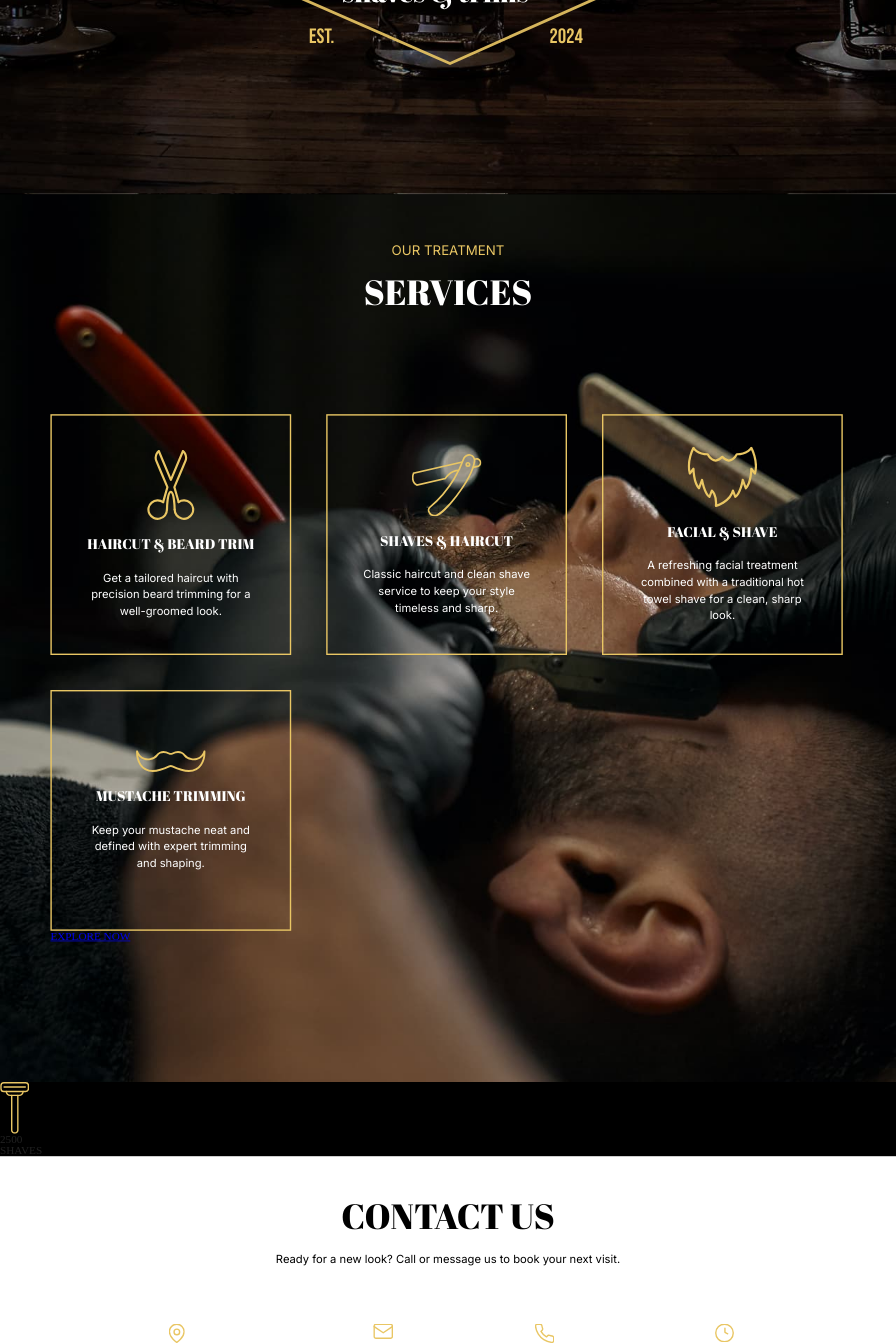
Repository: BogdanLazebnika/barbershop
Page: http://localhost/
The author's editor kept a copy of each file at every save. The page is drawn from the files as they stood at one save, then again after a run of saves.
The browser window is 1280 px wide. The pictures show the part of the page from y = 674 to 2594 px (the page is 2916 px tall), at 70% of full size.
The page is run by PHP 8.4 with error messages shown; the project is at /var/www/html/.

Above is the page before, as saved 2025-07-16 23:32:48.

### index.php
<!DOCTYPE html>
<html lang="en">
<head>
    <meta charset="UTF-8">
    <meta name="viewport" content="width=device-width, initial-scale=1.0">
    <title>Homepage Barbershop</title>

    <link rel="stylesheet" href="assets/css/reset.css">
    <link rel="stylesheet" href="assets/css/style.css">
    <link rel="stylesheet" href="assets/css/index.css">


    <link rel="preconnect" href="https://fonts.googleapis.com">
    <link rel="preconnect" href="https://fonts.gstatic.com" crossorigin>
    <link href="https://fonts.googleapis.com/css2?family=Abril+Fatface&display=swap" rel="stylesheet">

</head>
<body>

    <!-- Header -->
    <?php include 'components/header.php'; ?>

    <main>
        <!-- Hero -->
        <section class="hero" role="banner" aria-label="Barbershop hero section">
            <div class="content-hero-wrapper">
                <img src="./assets/images/logo/logo1.svg" alt="Barbershop Logo" class="content-hero-logo">
                <h1 class="content-hero-title">BARBERSHOP</h1>
            </div>
        </section>

        <!-- Services -->
        <section class="services" role="region" aria-label="Barbershop services">
            <h3 class="services-subtitle">OUR TREATMENT</h3>
            <h2 class="services-title">SERVICES</h2>

            <div class="services-list-wrapper">
                <ul class="services-list">
                    <li class="service-item">
                        <div class="service-item-content">
                            <img class="service-item-icon" src="./assets/images/icons/services/icon_scissors.svg" alt="Scissors icon">
                            <h3 class="service-item-title">HAIRCUT & BEARD TRIM</h3>
                            <p class="service-item-description">
                                Get a tailored haircut with precision beard trimming for a well-groomed look.
                            </p>
                        </div>
                    </li>

                    <li class="service-item">
                        <div class="service-item-content">
                            <img class="service-item-icon" src="./assets/images/icons/services/icon_razor.svg" alt="Razor icon">
                            <h3 class="service-item-title">SHAVES & HAIRCUT</h3>
                            <p class="service-item-description">
                                Classic haircut and clean shave service to keep your style timeless and sharp.
                            </p>
                        </div>
                    </li>

                    <li class="service-item">
                        <div class="service-item-content">
                            <img class="service-item-icon" src="./assets/images/icons/services/icon_beard.svg" alt="Beard icon">
                            <h3 class="service-item-title">FACIAL & SHAVE</h3>
                            <p class="service-item-description">
                                A refreshing facial treatment combined with a traditional hot towel shave for a clean, sharp look.
                            </p>
                        </div>
                    </li>

                    <li class="service-item">
                        <div class="service-item-content">
                            <img class="service-item-icon" src="./assets/images/icons/services/icon_mustache.svg" alt="Mustache icon">
                            <h3 class="service-item-title">MUSTACHE TRIMMING</h3>
                            <p class="service-item-description">
                                Keep your mustache neat and defined with expert trimming and shaping.
                            </p>
                        </div>
                    </li>
                </ul>

                <div class="services-list-line-button-wrapper">
                <a href="#" class="explore-now-button-services-list">EXPLORE NOW</a>
                </div>
            </div>
        </section>



        <section class="counter" role="region" aria-label="Barbershop statistics">
            <ul class="counter-list">
                <li class="counter-item">
                    <ul>
                        <li>
                            <img src="./assets/images/icons/counter/icon_razor.svg" alt="happy customers">
                        </li>
                        <li class="counter-item-number"><h4>2500</h4></li>
                        <li class="counter-item-text"><h3>SHAVES</h3></li>
                    </ul>
                </li>
            </ul>
        </section>

    </main>

    <?php include 'components/footer.php'; ?>

</body>
</html>

### components/header.php
<?php
$current = basename($_SERVER['PHP_SELF']);
?>
<header class="header">
    <div class="center-header-container">
        <!-- Link to Header CSS -->
        <link rel="stylesheet" href="assets/css/header.css">
        <link rel="preconnect" href="https://fonts.googleapis.com">
        <link rel="preconnect" href="https://fonts.gstatic.com" crossorigin>
        <link href="https://fonts.googleapis.com/css2?family=Inter:ital,opsz,wght@0,14..32,100..900;1,14..32,100..900&display=swap" rel="stylesheet">

        <script src="assets/js/header.js" defer></script>


        <div class="header-left">
            <button class="burger" id="burger">
                <span></span>
                <span></span>
                <span></span>
            </button>
        </div>

        <nav class="nav">
            <ul class="nav-list">
                <li class="nav-item">
                    <?php if ($current == 'index.php'): ?>
                        <span class="active">Home</span>
                    <?php else: ?>
                        <a href="index.php">Home</a>
                    <?php endif; ?>
                </li>

                <li class="nav-item">
                    <?php if ($current == 'services.php'): ?>
                        <span class="active">Services</span>
                    <?php else: ?>
                        <a href="services.php">Services</a>
                    <?php endif; ?>
                </li>

                <li class="nav-item">
                    <?php if ($current == 'about.php'): ?>
                        <span class="active">About Us</span>
                    <?php else: ?>
                        <a href="about.php">About Us</a>
                    <?php endif; ?>
                </li>

                <li class="nav-item">
                    <?php if ($current == 'blog.php'): ?>
                        <span class="active">Blog</span>
                    <?php else: ?>
                        <a href="blog.php">Blog</a>
                    <?php endif; ?>
                </li>

                <li class="nav-item">
                    <?php if ($current == 'contact.php'): ?>
                        <span class="active">Contact Us</span>
                    <?php else: ?>
                        <a href="contact.php">Contact Us</a>
                    <?php endif; ?>
                </li>
            </ul>
        </nav>
        <a class="button-book-appointment" href="#">BOOK APPOINTMENT</a>
    </div>



</header>

### components/footer.php
<footer>
    <!-- Link to Footer CSS -->
    <link rel="stylesheet" href="assets/css/footer.css">

    <link rel="preconnect" href="https://fonts.googleapis.com">
    <link rel="preconnect" href="https://fonts.gstatic.com" crossorigin>
    <link href="https://fonts.googleapis.com/css2?family=Abril+Fatface&family=Inter:ital,opsz,wght@0,14..32,100..900;1,14..32,100..900&display=swap" rel="stylesheet">

    <link rel="preconnect" href="https://fonts.googleapis.com">
    <link rel="preconnect" href="https://fonts.gstatic.com" crossorigin>
    <link href="https://fonts.googleapis.com/css2?family=Inter:ital,opsz,wght@0,14..32,100..900;1,14..32,100..900&display=swap" rel="stylesheet">


    <h2>CONTACT US</h2>
    <p class="footer-text">Ready for a new look? Call or message us to book your next visit.</p>

    <ul class="footer-contacts">
        <li>
            <ul class="contact-item">
                <li class="contact-icon">
                    <img src="assets/images/icons/footer/icon_location.svg" alt="location">
                </li>
                <li class="contact-label">Address</li>
                <li class="contact-text">
                    304 North Cardinal St. Dorchester Center, MA 02124
                </li>
            </ul>
        </li>

        <li>
            <ul class="contact-item">
                <li class="contact-icon">
                    <img src="assets/images/icons/footer/icon_envelope.svg" alt="email">
                </li>
                <li class="contact-label">Email</li>
                <li class="contact-text"><a href="mailto:barbers@example.com">barbers@example.com</a></li>
            </ul>
        </li>

        <li>
            <ul class="contact-item">
                <li class="contact-icon">
                    <img src="assets/images/icons/footer/icon_phone.svg" alt="phone">
                </li>
                <li class="contact-label">Phone</li>
                <li class="contact-text"><a href="tel:+1234567890">+32 232 77 777</a></li>
            </ul>
        </li>

        <li>
            <ul class="contact-item">
                <li class="contact-icon">
                    <img src="assets/images/icons/footer/icon_clock.svg" alt="opening hours">
                </li>
                <li class="contact-label">Opening Hours</li>
                <li class="contact-text">Mon - Fri: 9:00 AM - 8:00 PM</li>
                <li class="contact-text">Sat: 9:00 AM - 10:00 PM</li>
            </ul>
        </li>
    </ul>

    <!-- додаємо лінію -->
    <hr>

    <p class="copyright">© Copyright Barbershop 2024</p>
</footer>

### assets/css/style.css
body{
    max-width: 1440px;

    margin-left: auto;
    margin-right: auto;
    background-color: black;
}

main{
    /* відступ для фіксованої шапки */
    min-height: calc(100vh - 95px);
}

### assets/css/index.css
/* hero */
.hero{
    background-position-x: center;
    background-image: url('../images/backgrounds/hero.jpg');
}
.background-image-homepage{
    position: relative;
    width: 100%;
    height: 950px;
    overflow: hidden;
}
.background-image-homepage img {
    position: absolute;
    top: 0;
    left: 0;
    width: 100%;
    height: 100%;
    object-fit: cover;
    z-index: -1; /* Ensure the image is behind other content */
}
.content-hero-wrapper{
    position: relative;
    display: flex;
    width: 100%;
}
.content-hero-logo{
    width: calc(100% - 80px);
    max-width: 430px;
    margin: 0 auto;
    padding: 184px 40px;
}
.content-hero-title{
    position: absolute;
    top: 50%;
    left: 50%;
    transform: translate(-50%, -50%);
    font-size: 120px;
    font-family: "abril fatface", sans-serif;
    color: #ffffff;
}
/* css для мобілки */

@media screen and (max-width: 1023px) {
    .content-hero-title {
        font-size: 13dvw;
    }
}







/* Services */

.services{
    background-position-x: center;
    background-image: url('../images/backgrounds/services.jpg');
    padding: 70px 72px 200px;
}
.services-subtitle{
    font-size: 19px;
    color: #E9C664;
    font-weight: 400;
    font-family: "inter", sans-serif;
    text-align: center;
    margin: 0 0 25px;
}
.services-title{
    font-size: 50px;
    color: #ffffff;
    font-weight: 400;
    font-family: "abril fatface", sans-serif;
    text-align: center;
    margin-bottom: 150px;
}


.services-list-wrapper{
    width: ;
}
.services-list{
    display: flex;
    justify-content: space-between;
    flex-wrap: wrap;
    gap: 50px;
    justify-content: flex-start;
}
.service-item{
    display: flex;
    width: 340px;
    height: 340px;
    border: #E9C664 2px solid;
}
.service-item-content{
    display: flex;
    flex-direction: column;
    align-items: center;
    text-align: center;
    justify-content: center;
    padding: 50px 50px;
}
.service-item-icon{
    max-width: 100px;
    max-height: 100px;
    width: 100%;
}
.service-item-title{
    font-size: 20px;
    color: #ffffff;
    font-family: "abril fatface", sans-serif;
    margin: 25px 0 25px;
}
.service-item-description{
    font-size: 16px;
    color: #ffffff;
    font-family: "inter", sans-serif;
    line-height: 1.5;
    margin: 0;
}

### assets/css/header.css
header {
  position: fixed;
  top: 0;
  left: 0;
  width: 100%;
  height: 92px;
  color: #ffffff;
  display: flex;
  align-items: center;
  justify-content: center;
  z-index: 1000;

  /* Усі переходи в одному місці */
  transition:
    transform 0.3s ease,
    background-color 0.3s ease,
    box-shadow 0.3s ease;

  transform: translateY(0);
}

header.hidden {
  transform: translateY(-100%);
}

header.scrolled {
  background-color: rgba(0, 0, 0, 0.5);
  box-shadow: 0 4px 10px rgba(0, 0, 0, 0.2);
  backdrop-filter: blur(6px);
}


.center-header-container{
    position: relative;
    display: flex;
    justify-content: space-between;
    width: 100%;
    margin-top: 40px;
    height: 50px;
    max-width: 1440px;
}

/* БУРГЕР */
.header-left{
    display: flex;
    align-items: center;
    gap: 20px;
    margin-left: 72px;
}
.burger {
    width: 30px;
    height: 20px;
    display: flex;
    flex-direction: column;
    justify-content: space-between;
    background: none;
    border: none;
    cursor: pointer;
    padding: 0;
}
.burger span {
    width: 100%;
    height: 4px;
    background: #E9C664;
    border-radius: 4px;
    transition: 0.3s ease;
    transform-origin: center;
}
/* логіка вікривання */
.burger.open span:nth-child(1) {
  transform: rotate(45deg) translateY(11px);
}

.burger.open span:nth-child(2) {
  opacity: 0;
}

.burger.open span:nth-child(3) {
  transform: rotate(-45deg) translateY(-11px);
}





/* Навігація  для ПК*/
@media screen and (min-width: 1024px) {
    nav {
        display: flex;
        align-items: center;

    }
    nav ul {
        display: flex;
        list-style: none;
        padding: 0;
        gap: 50px;
    }

    nav ul li a {
        text-decoration: none;
        color: #979797;
        font-size: 18px;
        font-family: "inter", sans-serif;
        font-weight: 400;
    }
    nav ul li a.active{
        color: #ffffff;
        font-weight: bold;
    }
    nav ul li span {
        text-decoration: none;
        color: #979797;
        font-size: 18px;
        font-family: "inter", sans-serif;
        font-weight: 400;
        cursor: pointer; /* щоб не було посилання */
    }
    nav ul li span.active{
        color: #ffffff;
        font-weight: bold;
    }


    /* робимо риску при наведені на навігацію яка висувається*/

    nav ul li a {
        position: relative;
    }

    nav ul li a::after {
        content: "";
        position: absolute;
        left: 0;
        right: 0;
        bottom: -7px;
        height: 2px;
        background: #E9C664;
        transform: scaleX(0);
        transition: transform 0.3s ease;
    }


    nav ul li a:hover::after{
        transform: scaleX(1);
    }
    nav ul li a.active::after {
        transform: scaleX(0);
        transition: none;
    }
}

.button-book-appointment{
    text-decoration: none;

    display: flex;
    align-items: center;
    justify-content: center;

    font-family: "inter", sans-serif;
    font-size: 14px;
    font-weight: bold;
    color: #ffffff;

    padding: 15px 15px;
    border: #E9C664 solid 2px;

    margin-right: 72px;
}






/* css для мобілки */

@media screen and (min-width: 1023px) {
    .burger{
        display: none;
    }
}


@media screen and (max-width: 1023px) {
    .header{
        height: 72px;
    }
}
@media screen and (max-width: 1023px) {
    .center-header-container{
        margin-top: 20px;
    }
}
@media screen and (max-width: 1023px) {
    .header-left{
        margin-left: 20px;
    }
}



@media screen and (max-width: 1023px) {
    nav{
        position: absolute;
        top: 50px;
        left: -250px;
        transition: left 0.3s ease;

        background-color: #212121;

        width: 250px;
        min-height: 100vh;
        overflow-x: auto;
    }
    nav.open {
        left: 0;
        transition: left 0.3s ease;
    }
    .nav-item a{
        font-family: "inter", sans-serif;
        font-size: 18px;
        font-weight: 400;
        color: #ffffff;
        text-decoration: none;
    }
    .nav-item span{
        font-family: "inter", sans-serif;
        font-size: 18px;
        font-weight: 400;
        color: #ffffff;
        text-decoration: none;
    }

    .nav-item span.active{
        color: #E9C664;
        font-weight: bold;
        padding-bottom: 5px;
        border-bottom: #E9C664 solid 3px;
    }

    .nav-item a:hover{
        padding-bottom: 5px;
        border-bottom: #E9C664 solid 3px;
    }
    .header.open {
        background-color: #212121;
    }

    .nav-list{
        display: flex;
        flex-direction: column;
        gap: 25px;
        padding: 20px 0 0 20px;
    }




}






@media screen and (max-width: 1023px) {
    .button-book-appointment{
        margin-right: 20px;
    }
}

### assets/css/footer.css
footer {
    background-color: #ffffff;
    padding: 60px 72px;
    text-align: center;
}

footer h2 {
    color: #000000;
    font-family: "Abril Fatface", serif;
    font-size: 50px;
    font-weight: 400;

    margin-bottom: 25px;
}
footer .footer-text{
    color: #000000;
    font-family: "inter", sans-serif;
    font-size: 16px;
    font-weight: 400;
    line-height: 1.5;


    margin-bottom: 80px;
}


.footer-contacts{
    display: flex;
    flex-wrap: wrap;
    gap: 75px;
    justify-content: center;

    margin-bottom: 50px;
}
.contact-item{
    display: flex;
    flex-direction: column;
    align-items: center;
    gap: 20px;
    max-width: 250px;
}

.contact-icon{
    width: 26px;
}

.contact-label{
    color: #000000;
    font-family: "abril fatface", serif;
    font-size: 20px;
    font-weight: 400;
    line-height: 1.5;
}
.contact-text{
    font-family: "inter", sans-serif;
    font-size: 17px;
    font-weight: 400;
    line-height: 1.5;
    color: #000000;
}
.contact-text a{
    color: #000000;
    text-decoration: none;
}
hr {
    border: 0;
    border-top: 2px solid #E9C664;
    margin-bottom: 45px;
}

.copyright{
    color: #000000;
    font-family: "inter", sans-serif;
    font-size: 17px;
    font-weight: 400;
    line-height: 1.5;
    text-align: center;
}





/* css для мобілки */
@media screen and (max-width: 1023px) {
    footer {
        padding: 30px 20px;
    }
    footer h2 {
        font-size: 30px;
    }
    .footer-contacts {
        flex-direction: column;
        align-items: center;
    }
    .contact-item {
        max-width: 100%;
    }
}

### assets/js/header.js
// логіка вікривання меню
document.addEventListener('DOMContentLoaded', function () {
  const burger = document.querySelector('.burger');
  const nav = document.querySelector('.nav');
  const header = document.querySelector('header');

  // Відкривання/закривання по кліку на бургер
  burger.addEventListener('click', function (e) {
    e.stopPropagation();
    burger.classList.toggle('open');
    nav.classList.toggle('open');
    header.classList.toggle('open');
  });

  // Закриття при кліку поза шапкою/меню
  document.addEventListener('click', function (e) {
    const isClickInside = header.contains(e.target);

    if (!isClickInside && nav.classList.contains('open')) {
      burger.classList.remove('open');
      nav.classList.remove('open');
      header.classList.remove('open'); // 🔧 додаємо!
    }
  });

  // Закриття при скролі, якщо меню відкрите
  window.addEventListener('scroll', function () {
    const navIsOpen = nav.classList.contains('open');

    if (navIsOpen) {
      burger.classList.remove('open');
      nav.classList.remove('open');
      header.classList.remove('open'); // 🔧 додаємо!
    }
  });
});

// стилізація шапки
let lastScroll = window.scrollY;
let header = document.querySelector('header');
let scrollUpDistance = 0;
let scrollDownDistance = 0;

window.addEventListener('scroll', () => {
  const currentScroll = window.scrollY;

  // Перевірка, чи меню відкрите
  const menuIsOpen = document.querySelector('.nav').classList.contains('open');
  if (menuIsOpen) {
    return; // Якщо меню відкрите — не ховаємо шапку
  }

  // ✅ Додаємо фон, якщо не на самому верху
  if (currentScroll > 0) {
    header.classList.add('scrolled');
  } else {
    header.classList.remove('scrolled');
  }

  // Скрол вниз
  if (currentScroll > lastScroll) {
    scrollUpDistance = 0;
    scrollDownDistance += currentScroll - lastScroll;

    if (scrollDownDistance > 250) {
      header.classList.add('hidden');
    }
  }

  // Скрол вгору
  else if (currentScroll < lastScroll) {
    scrollDownDistance = 0;
    scrollUpDistance += lastScroll - currentScroll;

    if (scrollUpDistance > 200) {
      header.classList.remove('hidden');
    }
  }

  lastScroll = currentScroll;
});

### assets/images/icons/footer/icon_location.svg
<svg width="23" height="28" viewBox="0 0 23 28" fill="none" xmlns="http://www.w3.org/2000/svg">
<path d="M22 11.636C22 19.909 11.5 27 11.5 27C11.5 27 0.99997 19.909 0.99997 11.636C0.982143 8.83325 2.07833 6.1382 4.04741 4.14361C6.0165 2.14901 8.69723 1.01824 11.5 1C14.3027 1.01824 16.9834 2.14901 18.9525 4.14361C20.9216 6.1382 22.0178 8.83325 22 11.636V11.636Z" stroke="#E9C664" stroke-width="2" stroke-linecap="round" stroke-linejoin="round"/>
<path d="M11.64 16.004C13.8492 16.004 15.64 14.2132 15.64 12.004C15.64 9.79489 13.8492 8.00403 11.64 8.00403C9.43088 8.00403 7.64001 9.79489 7.64001 12.004C7.64001 14.2132 9.43088 16.004 11.64 16.004Z" stroke="#E9C664" stroke-width="2" stroke-linecap="round" stroke-linejoin="round"/>
</svg>

### assets/images/icons/footer/icon_envelope.svg
<svg width="29" height="22" viewBox="0 0 29 22" fill="none" xmlns="http://www.w3.org/2000/svg">
<path d="M4.1 1.00034H24.9C25.5757 0.989335 26.2282 1.24602 26.7153 1.71439C27.2024 2.18275 27.4845 2.82477 27.5 3.50034V18.5003C27.4845 19.1759 27.2024 19.8179 26.7153 20.2863C26.2282 20.7547 25.5757 21.0113 24.9 21.0003H4.1C3.42434 21.0113 2.77176 20.7547 2.28466 20.2863C1.79756 19.8179 1.51549 19.1759 1.5 18.5003V3.50034C1.51549 2.82477 1.79756 2.18275 2.28466 1.71439C2.77176 1.24602 3.42434 0.989335 4.1 1.00034V1.00034Z" stroke="#E9C664" stroke-width="2" stroke-linecap="round" stroke-linejoin="round"/>
<path d="M27.5 4.38708L14.5 13.2701L1.5 4.38708" stroke="#E9C664" stroke-width="2" stroke-linecap="round" stroke-linejoin="round"/>
</svg>

### assets/images/icons/footer/icon_clock.svg
<svg width="28" height="27" viewBox="0 0 28 27" fill="none" xmlns="http://www.w3.org/2000/svg">
<path d="M14 26C20.9036 26 26.5 20.4036 26.5 13.5C26.5 6.59644 20.9036 1 14 1C7.09644 1 1.5 6.59644 1.5 13.5C1.5 20.4036 7.09644 26 14 26Z" stroke="#E9C664" stroke-width="2" stroke-linecap="round" stroke-linejoin="round"/>
<path d="M14.625 6.66699V12.667L18.625 14.667" stroke="#E9C664" stroke-width="2" stroke-linecap="round" stroke-linejoin="round"/>
</svg>

Loaded but not shown: assets/css/reset.css (common file); assets/images/logo/logo1.svg (16 lines, source omitted); assets/images/icons/services/icon_razor.svg (6 lines, source omitted); assets/images/icons/services/icon_scissors.svg (6 lines, source omitted); assets/images/icons/footer/icon_phone.svg (3 lines, source omitted); assets/images/icons/counter/icon_razor.svg (6 lines, source omitted); assets/images/icons/services/icon_mustache.svg (3 lines, source omitted); assets/images/icons/services/icon_beard.svg (3 lines, source omitted)

After the next 3 saves:
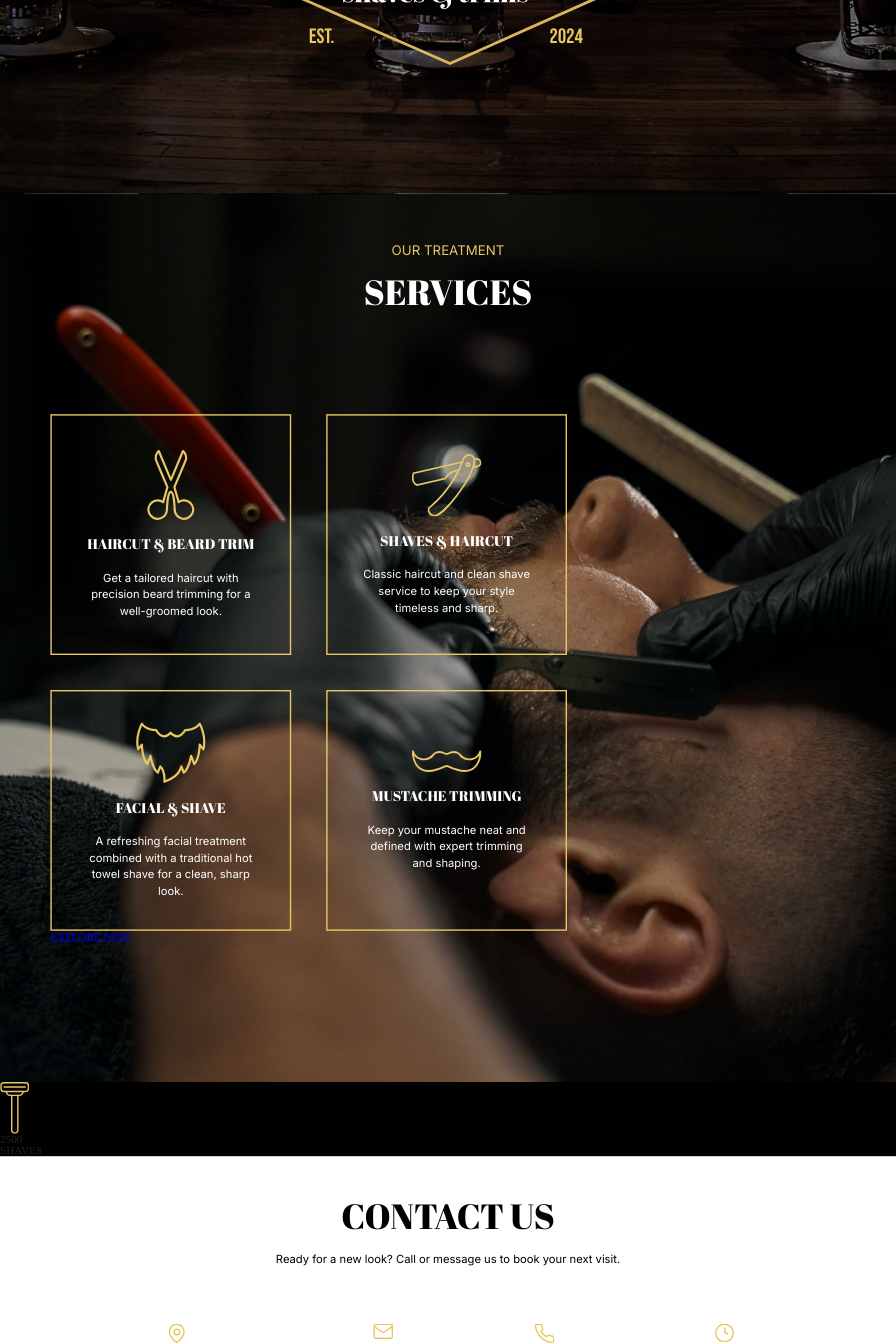
The 3 saves are shown as one change because they came seconds apart.
The last was saved 10 s later.
--- a/assets/css/index.css
+++ b/assets/css/index.css
@@ -78,7 +78,7 @@
 
 
 .services-list-wrapper{
-    width: ;
+    width: 738px;
 }
 .services-list{
     display: flex;
